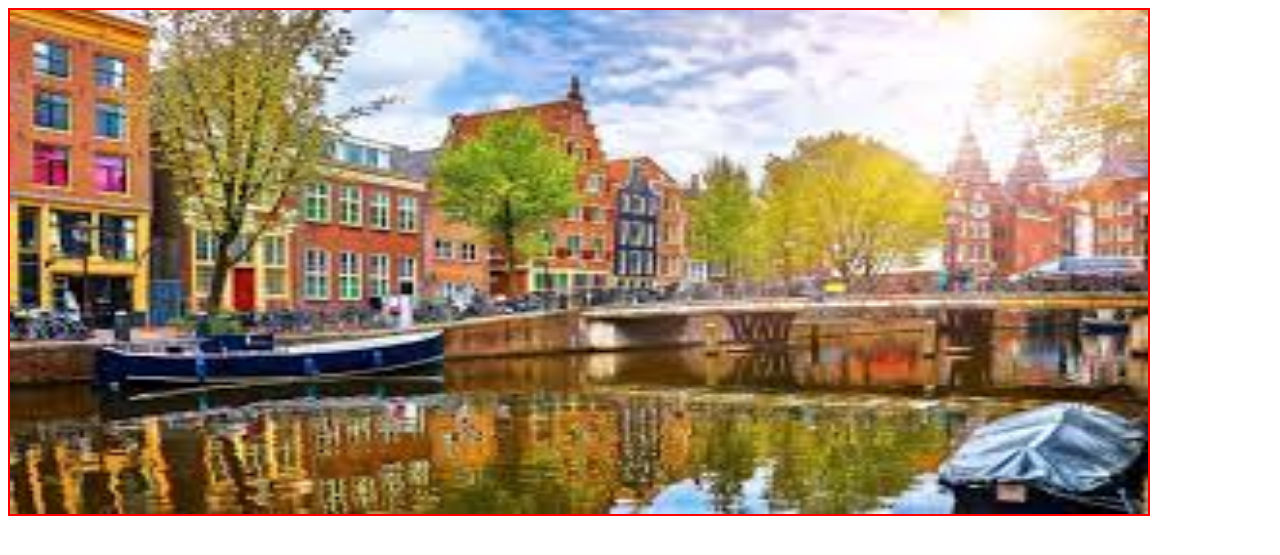
Repository: AytacSafarova/TAsk-11
Page: index.html
The author's editor kept a copy of each file at every save. The page is drawn from the files as they stood at one save, then again after the next save.
The browser window is 1280 px wide. The pictures show the whole page.

Above is the page before, as saved 2023-08-31 21:42:23.

### index.html
<!DOCTYPE html>
<html lang="en">
<head>
    <meta charset="UTF-8">
    <meta name="viewport" content="width=device-width, initial-scale=1.0">
    <title>Document</title>
</head>
<style>
    .container{
        background-image: url('./download\ \(1\).jfif');
      min-height: 70vh;
        width: 90%;
        border:  2px solid red;
        background-repeat: no-repeat;
        background-size: 100% 100%;
    }
</style>
<body>
    <div class="container">

    </div>

</body>
<script src="./index.js"></script>
</html>

### index.js
// fetch("https://api.chucknorris.io/jokes/random")
//   .then((response) => {
//     return response.json();
//   })
//   .then((data) => {
//     console.log(data);
//   });

console.log(window);

After the next save:
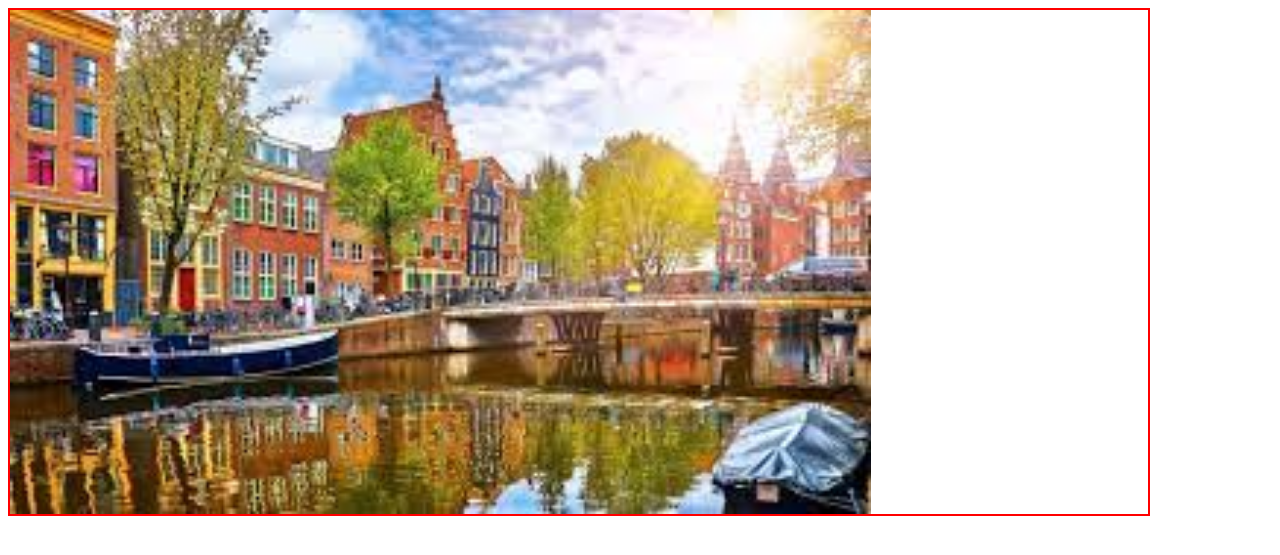
Saved 16 min 51 s later.
--- a/index.html
+++ b/index.html
@@ -12,7 +12,7 @@
         width: 90%;
         border:  2px solid red;
         background-repeat: no-repeat;
-        background-size: 100% 100%;
+        background-size: contain;
     }
 </style>
 <body>
